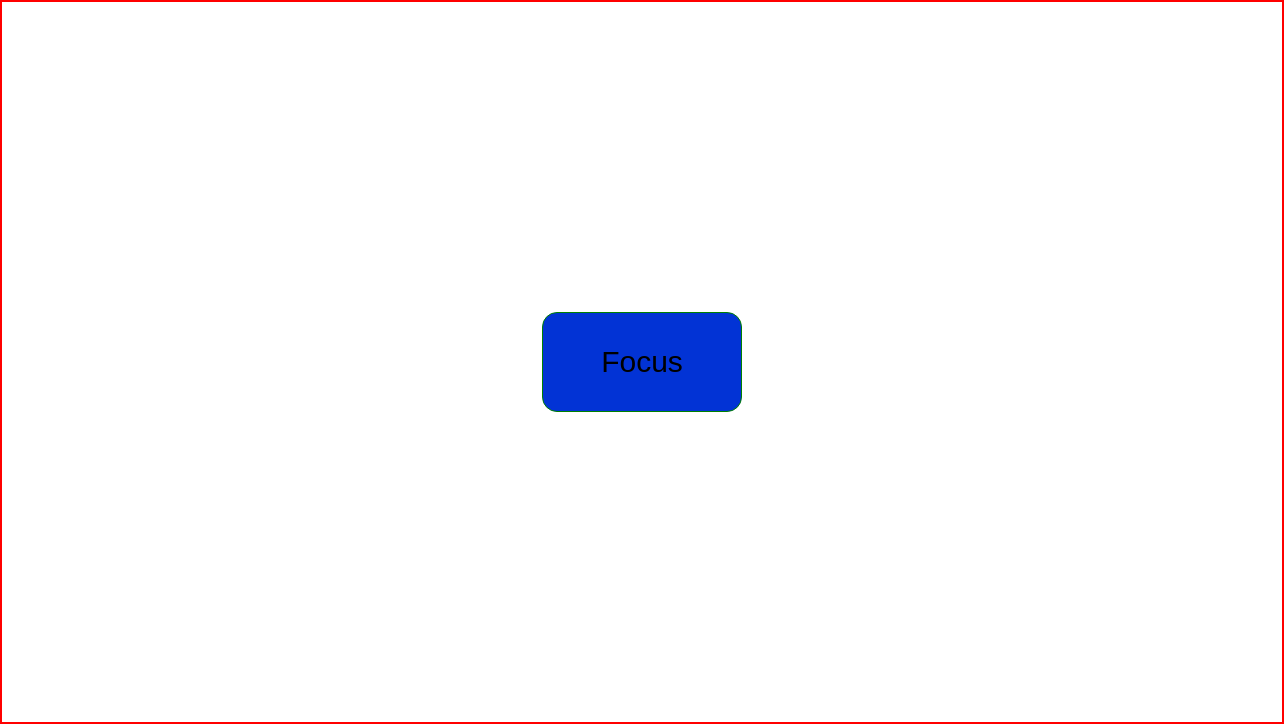
Repository: KrzysKolo/sr_tydzien4_zad5
Page: /
An editor plug-in stored every save of this project. The page is shown before and after the next save, followed by the edit.
The browser window is 1280 px wide. The page is 1284 px wide, so the pictures cover 1284 px, including what lies to the right of the window. The pictures show the whole page.
The project was rebuilt for these pictures with package versions that can differ from the ones it lists, and the page was loaded fresh each time.

Above is the page before, as saved 2020-12-17 14:08:29.

### src/App.js
import React, { Component } from 'react'
import './App.css';
 class App extends Component {
  onClick = () => {
    console.log("Kliknieto");
  }
  constructor(props) {
    super(props);
    this.surnameInput = React.createRef();
  }
  handleFocusClick = () => {
    this.surnameInput.current.style.background = '#345423';
    this.surnameInput.current.style.color = '#f00';
  }
  handleMouseOut = () => {
    this.surnameInput.current.style.background = '#fff';
    this.surnameInput.current.style.color = '#000';
  }
  render() {
    return (
      <div className="App">
        <div >
          <button className="btn" type="button" ref={this.surnameInput} onMouseMove={this.handleFocusClick} onMouseOut={this.handleMouseOut}>Focus</button>
        </div>
      </div>
    )
  }
}
export default App;

### src/App.css
.App {
  width: 100vw;
  height: 100vh;
  display: flex;
  flex-direction: row;
  justify-content: center;
  align-items: center;
  border: 2px solid red;
}
.btn {
  height: 100px;
  width: 200px;
  border: 1px solid green;
  border-radius: 15px;
  font-size: 30px;
  background-color: rgb(2, 51, 213);
}

Loaded but not shown: public/index.html (common file); src/index.js (common file); src/index.css (common file)

After the next save:
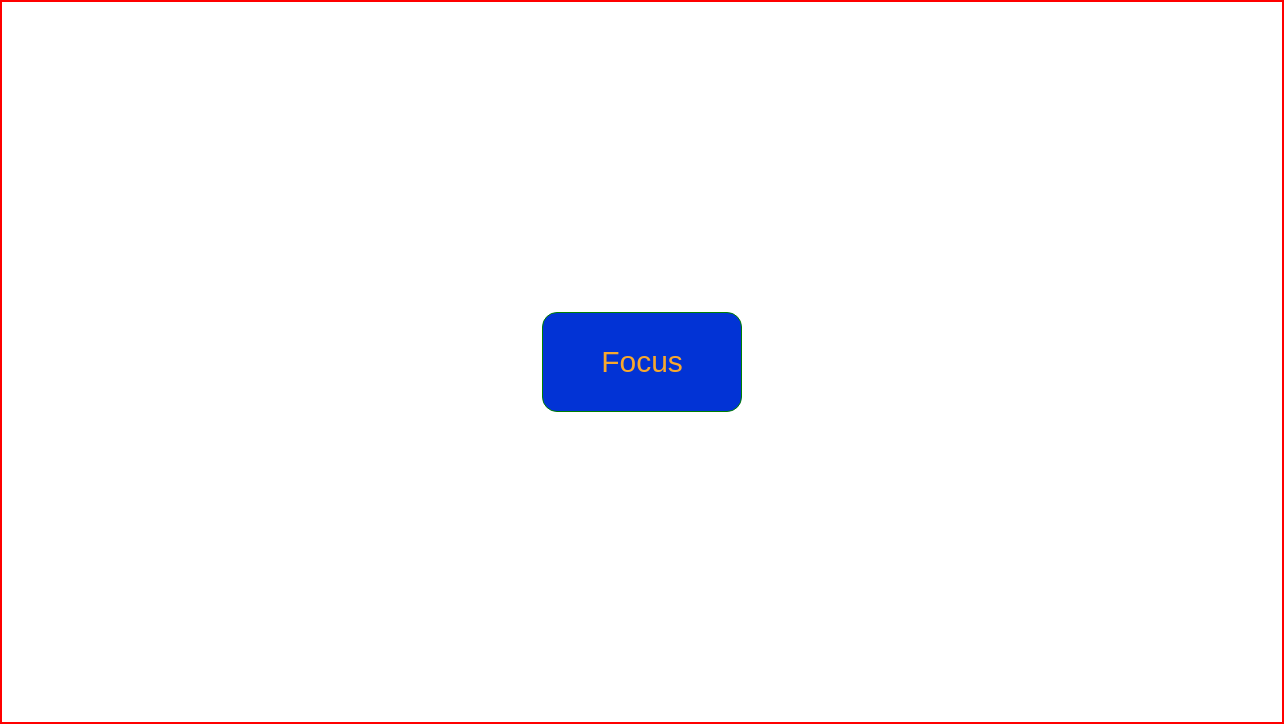
Saved 19 s later.
--- a/src/App.css
+++ b/src/App.css
@@ -14,4 +14,5 @@
   border-radius: 15px;
   font-size: 30px;
   background-color: rgb(2, 51, 213);
+  color: rgb(248, 168, 45);
 }
